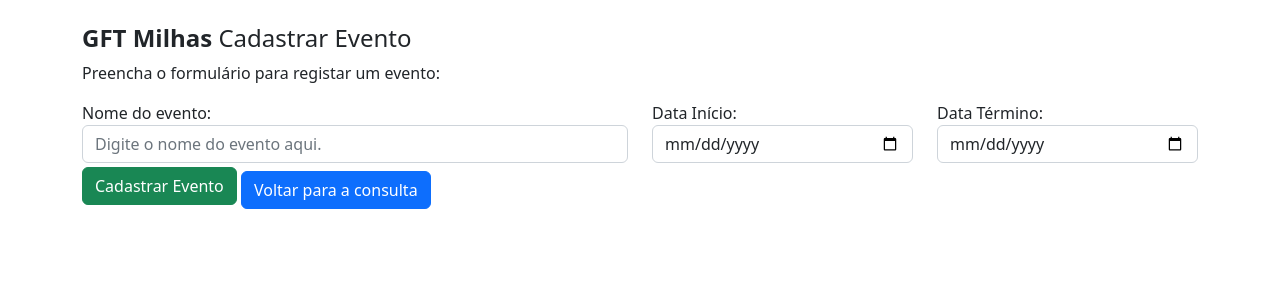
Repository: thamaraamaral/desafio_mvc1
Page: http://localhost/projeto-milhas/WEB-INF/views/eventos-cadastro.jsp
These files come from the project's save history. The page is drawn as it stood at one moment and after the next save; the edit follows.
The browser window is 1280 px wide. The pictures show the whole page.
The page is served by Tomcat 9. Nobody is signed in. Other server files are loaded and not shown. The template is opened directly, without the code that normally fills it, so the values that code supplies are empty.

Above is the page before, as saved 2022-10-27 21:37:33.

### projeto-milhas/src/main/webapp/WEB-INF/views/eventos-cadastro.jsp
<%@ page language="java" contentType="text/html; charset=UTF-8"
	pageEncoding="UTF-8"%>
<!DOCTYPE html>
<html>
<head>
<meta charset="UTF-8">
<title>Cadastro de Evento</title>
<!-- CSS only -->
<link
	href="https://cdn.jsdelivr.net/npm/bootstrap@5.2.2/dist/css/bootstrap.min.css"
	rel="stylesheet">
</head>
<body>

	<div class="container mt-4">

		<div class="row mb-3">
			<div class="col-md-12">
				<h4>
					<strong>GFT Milhas</strong> Cadastrar Evento
				</h4>
				Preencha o formulário para registar um evento:
			</div>
		</div>

		<form class="mb-3">

			<div class="row">
				<div class="col-md-6">
					<label>Nome do evento:</label>
					<input type="text" class="form-control" placeholder="Digite o nome do evento aqui." />
				</div>
				<div class="col-md-3">
					<label>Data Início:</label>
					<input type="date" class="form-control"/>
				</div>

				<div class="col-md-3">
					<label>Data Término:</label>
					<input type="date" class="form-control"/>
				</div>

				<div class="mb-3">
					<input type="submit" value="Cadastrar Evento" class="btn btn-success">

					<a href="/projeto-milhas/eventos-consulta" class="btn btn-primary mt-2">Voltar para a consulta</a>
				</div>

			</div>

		</form>



	</div>

</body>
</html>

After the next save:
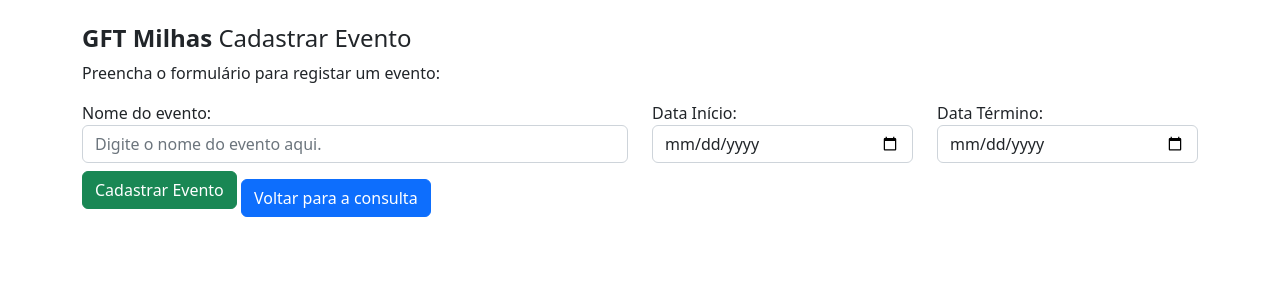
Saved 9 s later.
--- a/projeto-milhas/src/main/webapp/WEB-INF/views/eventos-cadastro.jsp
+++ b/projeto-milhas/src/main/webapp/WEB-INF/views/eventos-cadastro.jsp
@@ -43,7 +43,7 @@
 				<div class="mb-3">
 					<input type="submit" value="Cadastrar Evento" class="btn btn-success">
 
-					<a href="/projeto-milhas/eventos-consulta" class="btn btn-primary mt-2">Voltar para a consulta</a>
+					<a href="/projeto-milhas/eventos-consulta" class="btn btn-primary mt-3">Voltar para a consulta</a>
 				</div>
 
 			</div>
